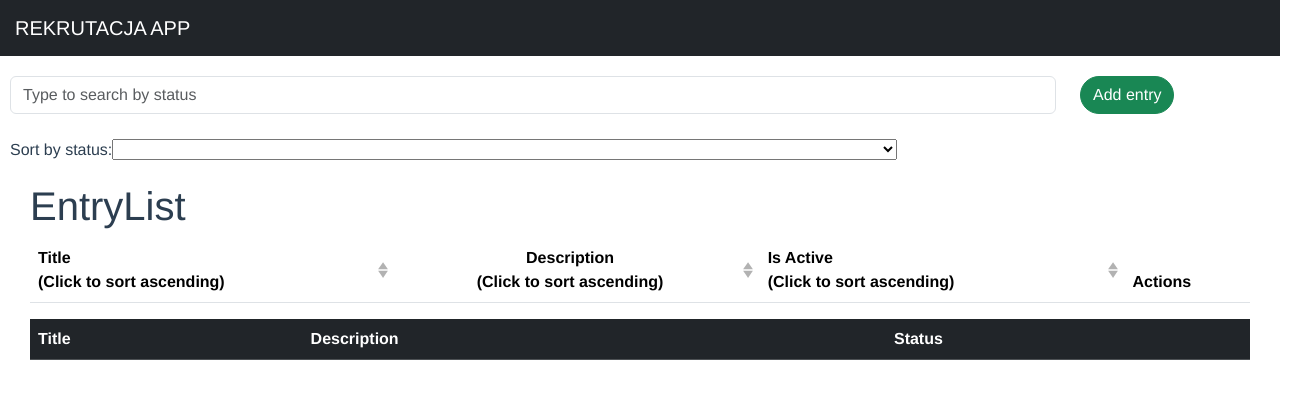
Repository: Madaless/vue_elastic
Page: / (app in vuejsapp/crudapp/)
An editor plug-in stored every save of this project. The page is shown before and after the next save, followed by the edit.
The browser window is 1280 px wide. The page is 1292 px wide, so the pictures cover 1292 px, including what lies to the right of the window. The pictures show the whole page.
The page's requests for data from a server got no answer. The project was rebuilt for these pictures with package versions that can differ from the ones it lists, and the page was loaded fresh each time. No one was signed in, and anything a server would have sent is missing.

Above is the page before, as saved 2021-09-12 19:50:17.

After the next save:
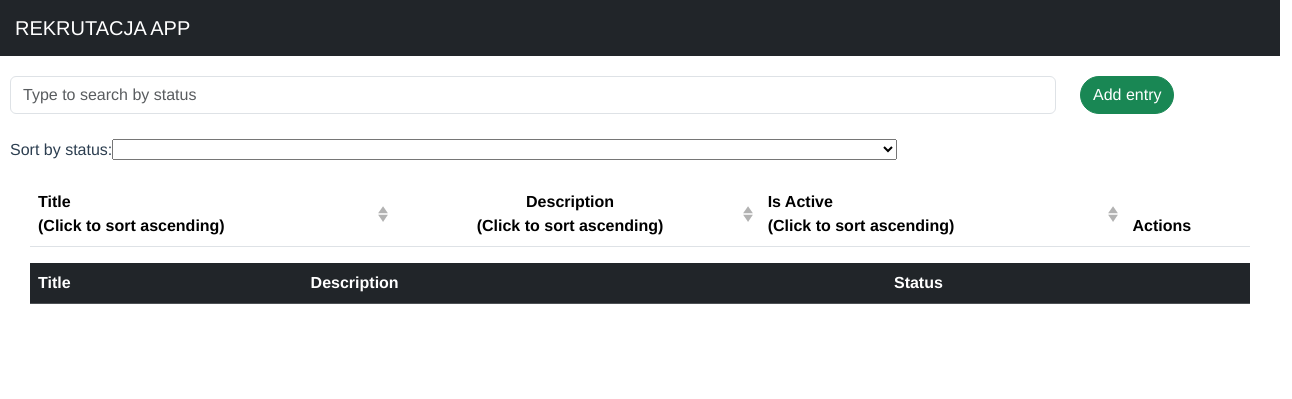
Saved 12 min 51 s later.
--- a/vuejsapp/crudapp/src/components/EntryList.vue
+++ b/vuejsapp/crudapp/src/components/EntryList.vue
@@ -1,6 +1,5 @@
 <template>
   <div id="entryList">
-    <h1>EntryList</h1>
 
     <div class="todos">
       <b-table :items="entryList" :fields="fields">
